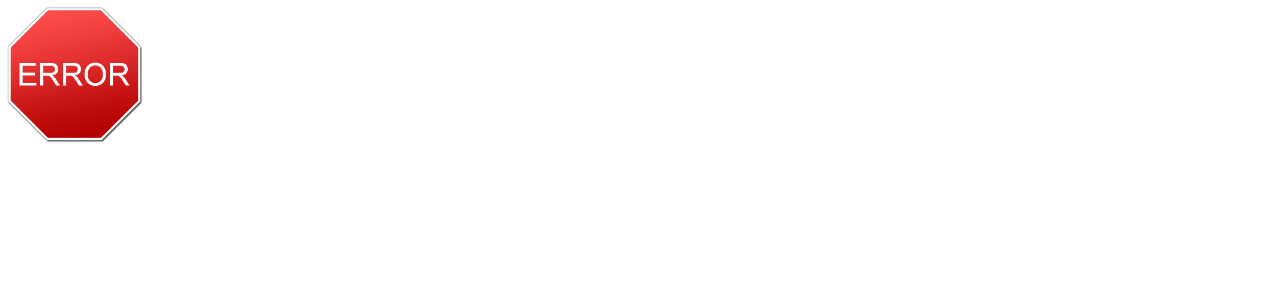
Repository: AhimshaMudbari/JSP_and_Servlet
Page: http://localhost/ExceptionHandlingJSP/Error.jsp
The author's editor kept a copy of each file at every save. The page is drawn from the files as they stood at one save, then again after the next save.
The browser window is 1280 px wide. The pictures show the whole page.
The page is served by Tomcat 9.

Above is the page before, as saved 2022-06-12 07:42:17.

### ExceptionHandlingJSP/src/main/webapp/Error.jsp
<%@ page language="java" contentType="text/html; charset=UTF-8"
    pageEncoding="UTF-8"%>

<!DOCTYPE html>
<html>
<head>
<meta charset="UTF-8">
<title>Insert title here</title>
</head>
<body style="margin: auto;">
<img src="err.png" height=150 width=150>
</body>
</html>

After the next save:
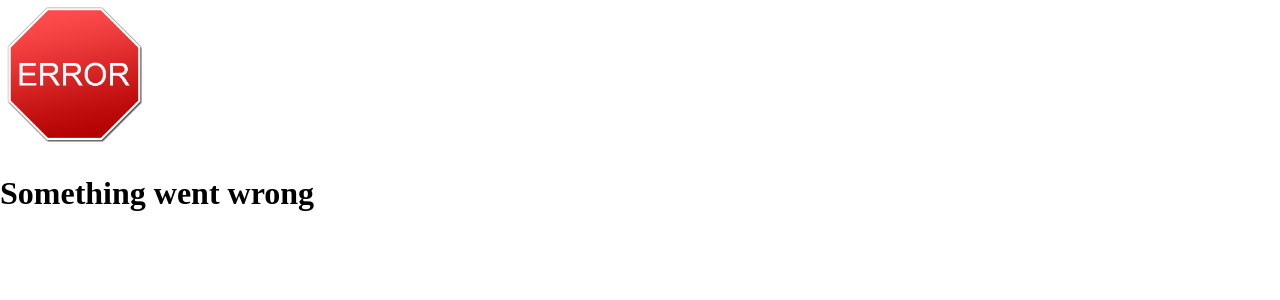
Saved 28 s later.
--- a/ExceptionHandlingJSP/src/main/webapp/Error.jsp
+++ b/ExceptionHandlingJSP/src/main/webapp/Error.jsp
@@ -9,5 +9,6 @@
 </head>
 <body style="margin: auto;">
 <img src="err.png" height=150 width=150>
+<h1>Something went wrong</h1>
 </body>
 </html>
